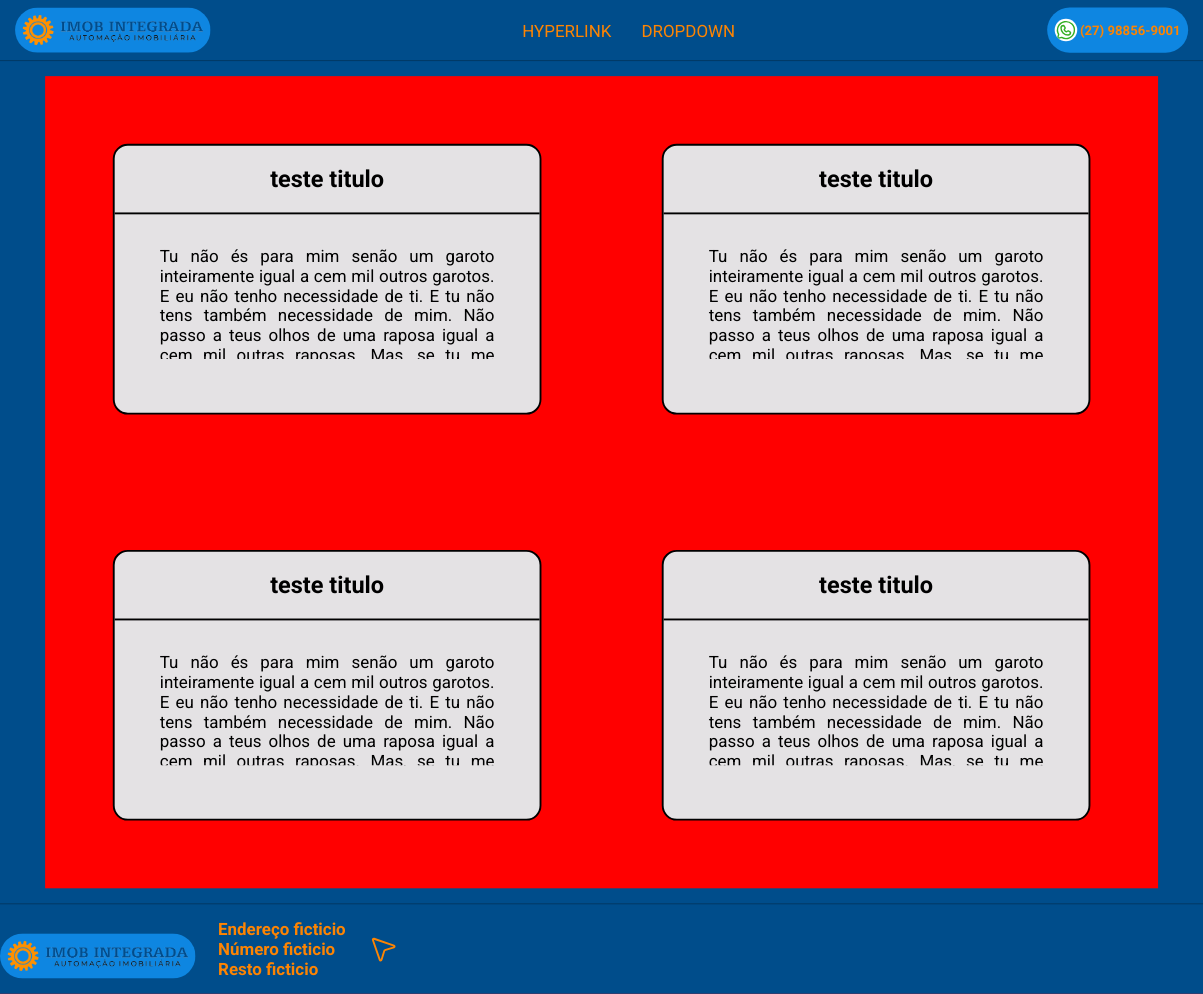
Repository: K0slov/testeAPI
Page: /
These files come from the project's save history. The page is drawn as it stood at one moment and after the next save; the edit follows.
The browser window is 1280 px wide. The pictures show the whole page, at 94% of full size.
The project was rebuilt for these pictures with package versions that can differ from the ones it lists, and the page was loaded fresh each time. Also part of the build but not shown: vite.config.ts.

Above is the page before, as saved 2022-06-27 20:35:00.

### index.html
<!DOCTYPE html>
<html lang="en">
  <head>
    <meta charset="UTF-8" />
    <link rel="icon" type="image/svg+xml" href="/src/favicon.svg" />
    <meta name="viewport" content="width=device-width, initial-scale=1.0" />
    <link rel="preconnect" href="https://fonts.googleapis.com" />
    <link rel="preconnect" href="https://fonts.gstatic.com" crossorigin />
    <link href="https://fonts.googleapis.com/css2?family=Roboto:wght@400;500;700&display=swap" rel="stylesheet" />
    <title>Teste Imob</title>
  </head>
  <body>
    <div id="root"></div>
    <script type="module" src="/src/main.tsx"></script>
  </body>
</html>

### src/App.tsx
import { CardsGroup } from "./components/CardsGroup/cardsGroup"
import { Footer } from "./components/Footer/footer"
import { Header } from "./components/Header/header"


function App() {
  return (
    <>
      <Header />
      <CardsGroup />
      <Footer />
    </>
  )
}

export default App

### src/styles/global.css
body {
  height: 100%;
  margin: 0;
  font-family: 'Roboto', sans-serif;
  font-size: 18px;
  -webkit-font-smoothing: antialiased;
  -moz-osx-font-smoothing: grayscale;
  background-color: #004d8b;
  color: white;
}
code {
  font-family: source-code-pro, Menlo, Monaco, Consolas, 'Courier New',
    monospace;
}

### src/components/CardsGroup/cardsGroup.tsx
import { Card } from '../Card/card'
import './style.css'

export function CardsGroup() {
    return (
        <div className="group">
            <div className="double">
                <Card />
                <Card />
            </div>
            <div className="double">
                <Card />
                <Card />
            </div>
        </div>
    )
}

### src/components/Footer/footer.tsx
import './style.css'
import image from '../../assets/logoLaranja.png'
import { NavigationArrow } from 'phosphor-react'

export function Footer() {
    return (
        <footer>
            <img src={image} />
            <a className='adressLink' href='' target='_blank'>
                <div className='adress'>
                    <span>Endereço ficticio</span>
                    <span>Número ficticio</span>
                    <span>Resto ficticio</span>
                </div>
                <NavigationArrow size={32} />
            </a>
        </footer>
    )
}

### src/components/Header/header.tsx
import './style.css'
import image from '../../assets/logoLaranja.png'
import { WhatsappLogo } from "phosphor-react";

export function Header() {
    return(
        <header className='header'>
            <img className='img' src={image} />

            <nav className="menu">
                <a className="menu-item" href=" ">HYPERLINK</a>
                <a className="menu-item" href=" ">DROPDOWN</a>
            </nav>

            <a className="wppLink" href="">
                <div className="wpp">
                    <WhatsappLogo className="icon" size={24} color="#34af23" />
                    <p className="number">(27) 98856-9001</p>
                </div>
            </a>
        </header>
    )
}

### src/components/Card/card.tsx
import './style.css'

export function Card() {
    return (
        <div className="card">
            <div className='titulo'>
                <h2>teste titulo</h2>
            </div>
            <div className='conteudo'>
                <p className='conteudoText'>Tu não és para mim senão um garoto inteiramente igual a cem mil outros garotos. E eu não tenho necessidade de ti. E tu não tens também necessidade de mim. Não passo a teus olhos de uma raposa igual a cem mil outras raposas. Mas, se tu me cativas, nós teremos necessidade um do outro. Serás pra mim o único no mundo. E eu serei para ti a única no mundo…</p>
            </div>
        </div>
    )
}

### src/components/CardsGroup/style.css
.group {
    margin: 1rem 3rem;
    width: auto;
    height: auto;
    display: flex;
    flex-direction: column;
    background-color: red;
}
.double {
    margin: 0.5rem;
    width: auto;
    height: auto;
    display: flex;
    flex-direction: row;
}

### src/components/Footer/style.css
footer {
    width: 100%;
    padding: 1rem 0rem;
    background-color: #004d8b;
    display: flex;
    color: #fd8402;
    bottom: 0;
    align-items: self-end;
    justify-content: flex-start;
    border-top: 1px solid;
    border-color: #023761;
}
img {
    width: 12rem;
    height: 2rem;
    background: #0e86e1;
    border-radius: 5rem;
    padding: 0.5rem;
}
.adress {
    display: flex;
    flex-direction: column;
    margin: 0rem 1.5rem;
}
.adressLink {
    text-decoration: none;
    color: #fd8402;
    font-weight: bold;
    display: flex;
    align-items: center;
    justify-content: flex-start;
}

### src/components/Header/style.css
.header{
    padding: 0.5rem 1rem;
    background-color: #004d8b;
    display: flex;
    align-items: center;
    color: #fd8402;
    justify-content: space-between;
    border-bottom: 1px solid ;
    border-color: #023761;
}
.img{
    width: 12rem;
    height: 2rem;
    background: #0e86e1;
    border-radius: 5rem;
    padding: 0.5rem;
}
.wpp {
    width: auto;
    height: 2rem;
    display: flex;
    flex-direction: row;
    background: #0e86e1;
    border-radius: 5rem;
    padding: 0.5rem;
    align-items: center;
    justify-content: flex-start;
}
.number {
    margin-left: 0.2rem;
    font-size: 14px;
}
.wppLink {
    text-decoration: none;
    color: #fd8402;
    font-weight: bold;
}
.wppLink:hover {
    color: #0e86e1;
    transition-duration: 150ms;
}
.wpp:hover {
    background: #fd8402;
    transition-duration: 150ms;
}
.menu {
    display: flex;
    justify-content: space-between;
}

.menu-item {
    margin: 0rem 1rem;
    color: #fd8402;
    text-decoration: none;
}
.menu-item:hover {
    opacity: 40%;
}
.icon {
    background: white;
    border-radius: 50%;
}

### src/components/Card/style.css
.card {
    width: 33rem;
    height: 18rem;
    display: flex;
    border: 2px solid;
    border-radius: 1rem;
    border-color: #000;
    flex-direction: column;
    background-color: #E4E2E4;
    align-items: center;
    margin: 4rem;
    box-sizing: border-box;
}
.titulo {
    border-bottom: 2px solid;
    border-color: #000;
    display: flex;
    width: 100%;
    height: auto;
    box-sizing: border-box;
    align-items: center;
    justify-content: center;
    }
.conteudo {
    padding: 1rem 3rem;
    display: flex;
    width: 100%;
    height: auto;
    box-sizing: border-box;
    align-items: center;
    justify-content: center;
}
h2 {
    color: #000;
    font-size: 25px;
}
.conteudoText {
    color: #000;
    max-width: 100ch;
    height: 120px;
    text-align: justify;
    overflow: hidden;
    text-overflow: ellipsis;
}

Loaded but not shown: src/main.tsx (common file)

After the next save:
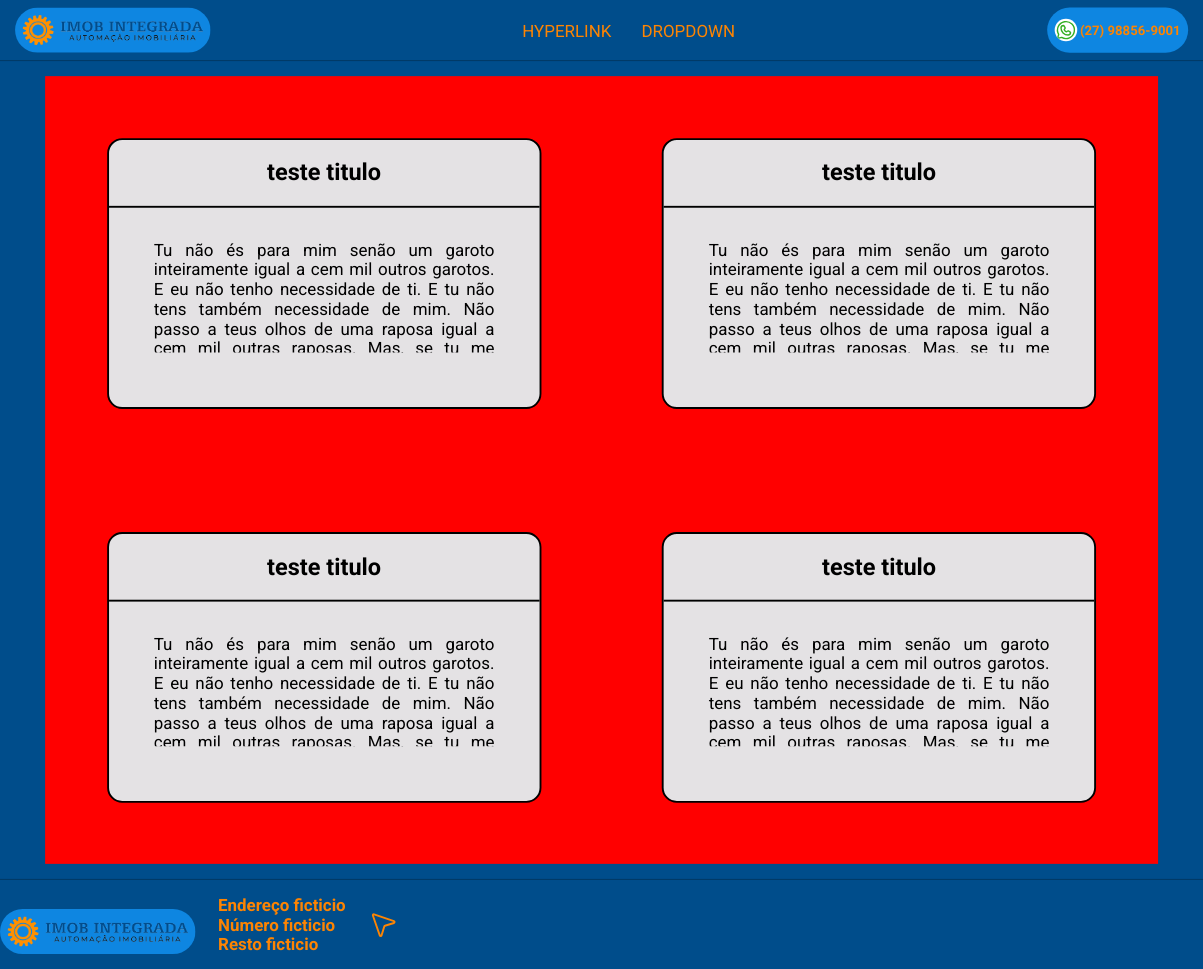
Saved 18 s later.
--- a/src/components/CardsGroup/style.css
+++ b/src/components/CardsGroup/style.css
@@ -7,7 +7,7 @@
     background-color: red;
 }
 .double {
-    margin: 0.5rem;
+    margin: 0.1rem;
     width: auto;
     height: auto;
     display: flex;
